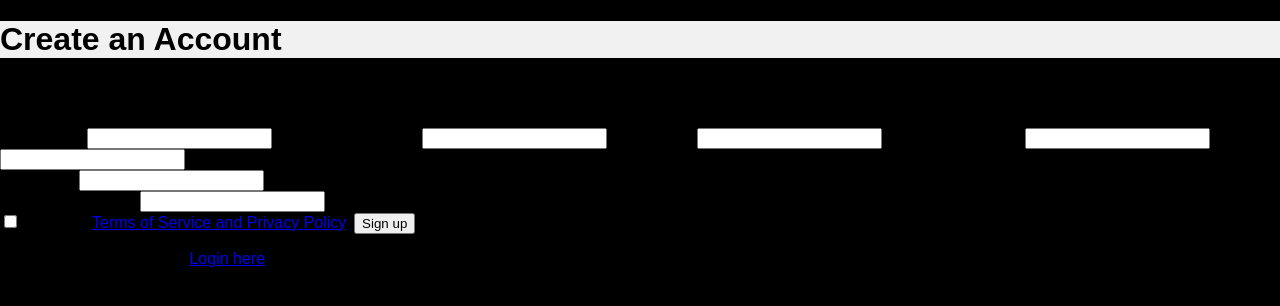
Repository: Lee-Productions-Inc/SNAP_productions
Page: register.html
The author's editor kept a copy of each file at every save. The page is drawn from the files as they stood at one save, then again after the next save.
The browser window is 1280 px wide. The pictures show the whole page.

Above is the page before, as saved 2026-09-16 18:29:21.

After the next save:
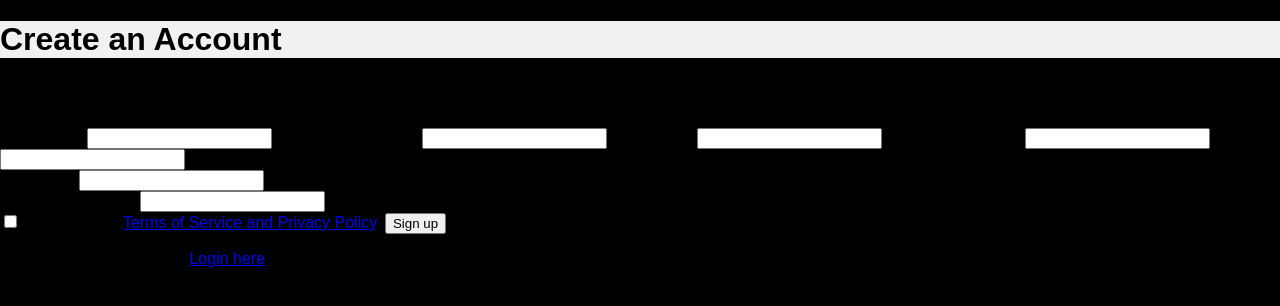
Saved 7 s later.
--- a/register.html
+++ b/register.html
@@ -35,7 +35,7 @@
             <input type="password" id="confirm-password" name="confirm-password" required>
             <br>
             <input type="checkbox" id="terms" name="terms" required>
-            <label for="terms">I agree to<a href="/terms-and-privacy">Terms of Service and Privacy Policy</a>.</label>
+            <label for="terms">I agree to the <a href="/terms-and-privacy">Terms of Service and Privacy Policy</a>.</label>
             <button type="submit">Sign up</button>
         </form>
 
